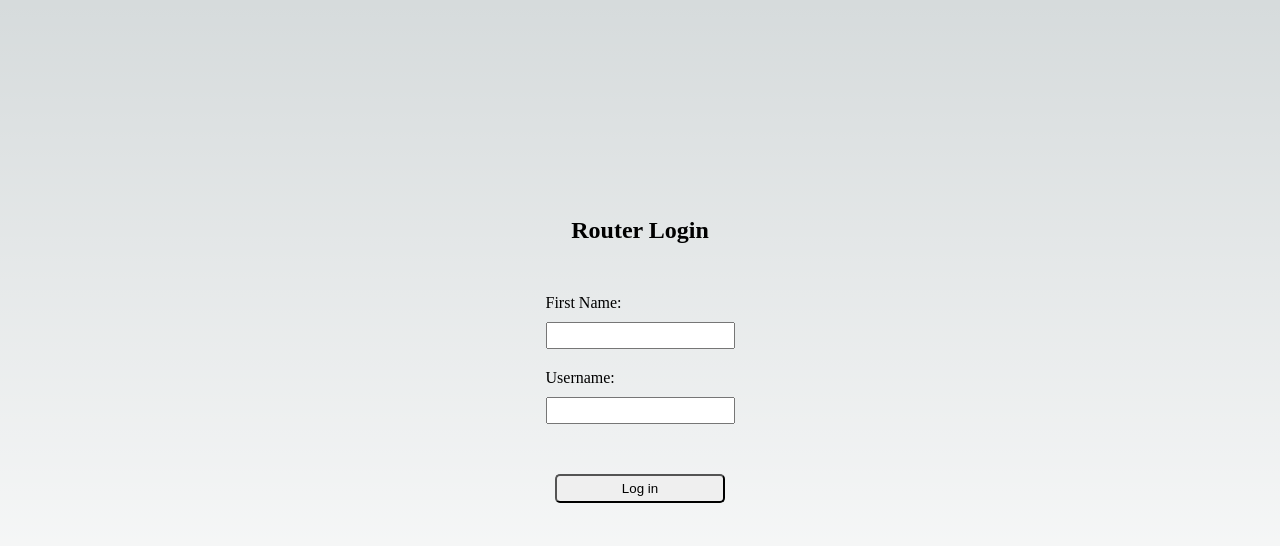
Repository: Mariessa-Pinto/week2-next.js-next-router-login
Page: /
The author's editor kept a copy of each file at every save. The page is drawn from the files as they stood at one save, then again after the next save.
The browser window is 1280 px wide. The pictures show the whole page.
The project was rebuilt for these pictures with package versions that can differ from the ones it lists, and the page was loaded fresh each time. The framework's server and built-in components were replaced by stand-ins that run in the browser. Also part of the build but not shown: next.config.js.

Above is the page before, as saved 2023-01-11 07:57:54.

After the next save:
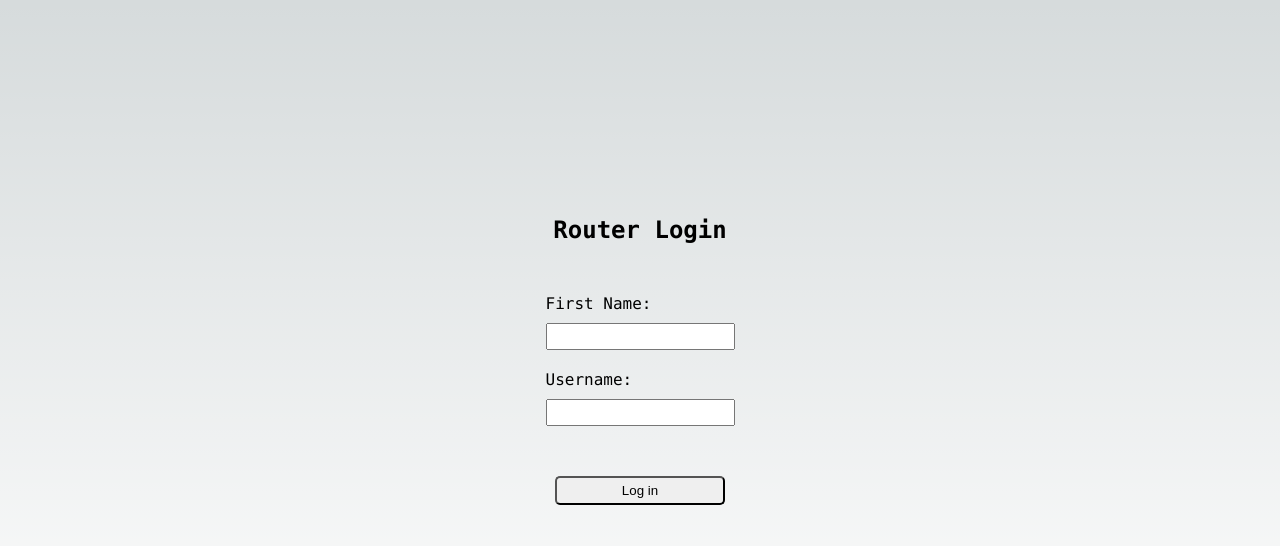
Saved 71 s later.
--- a/styles/Home.module.css
+++ b/styles/Home.module.css
@@ -6,6 +6,7 @@
   padding: 6rem;
   min-height: 100vh;
   gap: 50px;
+  font-family: var(--font-mono);
 }
 
 .button {
